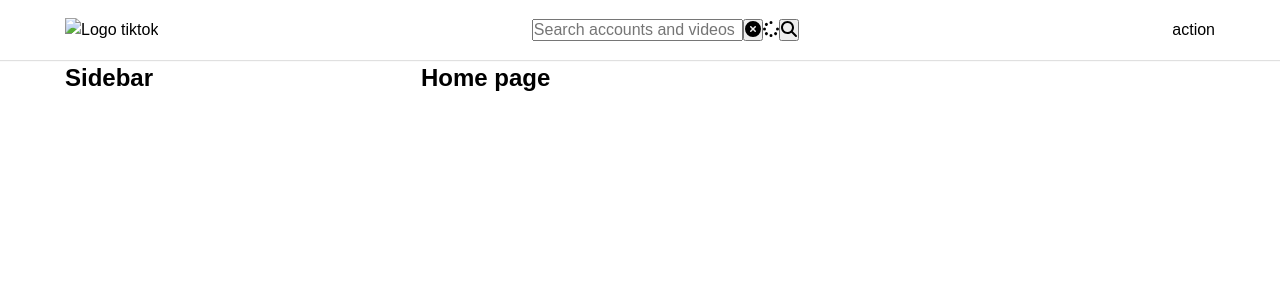
Repository: ChiNg22nd04/tiktok-ui
Page: /
An editor plug-in stored every save of this project. The page is shown before and after a run of saves, followed by the edit.
The browser window is 1280 px wide. The pictures show the whole page.
Some web fonts or font styles are not loaded; a fallback is used. The project was rebuilt for these pictures with package versions that can differ from the ones it lists, and the page was loaded fresh each time. Also part of the build but not shown: src/components/Layout/HeaderOnlyLayout/index.js, src/pages/Following/index.js, src/pages/Profile/index.js, src/pages/Upload/index.js.

Above is the page before, as saved 2024-04-08 16:37:28.

### src/index.js
import React from 'react';
import ReactDOM from 'react-dom/client';
import App from './App';
import GlobalStyles from '~/components/GlobalStyle';
import reportWebVitals from './reportWebVitals';

const root = ReactDOM.createRoot(document.getElementById('root'));
root.render(
    <React.StrictMode>
        <GlobalStyles>
            <App />
        </GlobalStyles>
    </React.StrictMode>,
);

// If you want to start measuring performance in your app, pass a function
// to log results (for example: reportWebVitals(console.log))
// or send to an analytics endpoint. Learn more: https://bit.ly/CRA-vitals
reportWebVitals();

### src/App.js
import { BrowserRouter as Router, RouterProps, Route, Routes } from 'react-router-dom';
// thẻ fragment chỉ để chứa mà k sinh ra thẻ thật ở trong DOM
import { Fragment } from 'react';
import { publicRoutes } from '~/routes';
import { DefaultLayout } from '~/components/Layout';

function App() {
    return (
        <Router>
            <div className="App">
                <Routes>
                    {publicRoutes.map((route, index) => {

                        let Layout = DefaultLayout;
                        if (route.layout) {
                            Layout = route.layout;
                        } else if (route.layout === null) {
                            Layout = Fragment;
                        } else {
                            Layout = DefaultLayout;
                        }

                        const Page = route.component;
                        return (
                            <Route
                                key={index}
                                path={route.path}
                                element={
                                    <Layout>
                                        <Page />
                                    </Layout>
                                }
                            />
                        );
                    })}
                </Routes>
            </div>
        </Router>
    );
}

export default App;

### src/components/GlobalStyle/index.js
import './GlobalStyles.scss'

function GlobalStyles({ children }) {

    return children
}

export default GlobalStyles

### src/routes/index.js
// layouts
import { HeaderOnlyLayout } from '~/components/Layout'

// pages
import Home from '~/pages/Home'
import Following from '~/pages/Following'
import Profile from '~/pages/Profile'
import Upload from '~/pages/Upload'


// không đăng nhập vẫn xem đc
export const publicRoutes = [
    { path: '/', component: Home },
    { path: '/following', component: Following },
    { path: '/profile', component: Profile },
    { path: '/upload', component: Upload, layout: HeaderOnlyLayout },

]

// bắt buộc phải dăng nhập
export const privateRoutes = [

]

### src/components/Layout/index.js
export { default as DefaultLayout } from './DefaultLayout';
export { default as HeaderOnlyLayout } from './HeaderOnlyLayout';

### src/components/GlobalStyle/GlobalStyles.scss
@import 'normalize.css';

// font-family: 'IBM Plex Sans', san-serif;
@import url('https://fonts.googleapis.com/css2?family=IBM+Plex+Sans:ital,wght@0,100;0,400;0,500;0,600;0,700;1,300;1,400&display=swap');

@import url('https://fonts.cdnfonts.com/css/proxima-nova-condensed');

//base
:root {
    --primary: #ff3b5c;
    --default-layout-header-height: 60px;
    --default-layout-width: 1150px;
}

* {
    margin: 0;
    padding: 0;
    box-sizing: border-box;
}

html {
    font-size: 62.5%;
}

body {
    font-family: 'Proxima Nova Condensed', sans-serif;
    font-size: 1.6rem;
    line-height: 1.5;
    text-rendering: optimizeSpeed;
}

### src/pages/Home/index.js
function Home() {
    return (
        <h2>Home page</h2>
    );
}

export default Home;

### src/components/Layout/DefaultLayout/index.js
import Header from '~/components/Layout/components/Header';
import Sidebar from './Sidebar';
import styles from './DefaultLayout.module.scss';
import classNames from 'classnames/bind';

const cx = classNames.bind(styles);

function DefaultLayout({ children }) {
    return (
        <div className={cx('wrapper')}>
            <Header />

            <div className={cx('container')}>
                <Sidebar />

                <div className={cx('content')}>{children}</div>
            </div>
        </div>
    );
}

export default DefaultLayout;

### src/components/Layout/components/Header/index.js
import classNames from 'classnames/bind';
import styles from './Header.module.scss';
import images from '~/assets/images';
import { FontAwesomeIcon } from '@fortawesome/react-fontawesome';
import { faCircleXmark, faSpinner, faMagnifyingGlass } from '@fortawesome/free-solid-svg-icons';


const cx = classNames.bind(styles);

function Header() {
    console.log(cx('wrapper'));
    return (
        <header className={cx('wrapper')}>
            <div className={cx('content')}>
                <div className={cx('logo')}>
                    <img src={images.logo} alt="Logo tiktok" />
                </div>

                <div className={cx('search')}>
                    <input placeholder='Search accounts and videos' spellCheck='false'/>
                    <button className={cx('clear-btn')}>
                        <FontAwesomeIcon icon={faCircleXmark}/>
                    </button>
                    <FontAwesomeIcon className={cx('loading')} icon={faSpinner}/>

                    <button className={cx('search-btn')}>
                    <FontAwesomeIcon icon={faMagnifyingGlass}/>
                    </button>
                </div>

                <div className={cx('action')}>action</div>
            </div>
        </header>
    );
}

export default Header;

### src/components/Layout/DefaultLayout/Sidebar/index.js
import styles from './Sidebar.module.scss';
import classNames from 'classnames/bind';

const cx = classNames.bind(styles);

function Sidebar() {
    return (
        <aside className={cx('wrapper')}>
            <h2>Sidebar</h2>
        </aside>
    );
}

export default Sidebar;

### src/components/Layout/DefaultLayout/DefaultLayout.module.scss
.wrapper {
    display: flex;
    justify-content: center;
    align-items: center;
    flex-direction: column;
}

.container {
    width: var(--default-layout-width);
    display: flex;
}

.content {
    flex: 1;
}

### src/components/Layout/components/Header/Header.module.scss
.wrapper {
    width: 100%;
    height: var(--default-layout-header-height);
    box-shadow: 0px 1px 1px rgb(0 0 0 / 12%);
    display: flex;
    justify-content: center;

}

.content {
    height: 100%;
    width: var(--default-layout-width);
    display: flex;
    align-items: center;
    justify-content: space-between;
}

.logo {

}

.search {

}

.clear {

}

.loading {

}

.search-btn {

}

### src/assets/images/index.js
const images = {
    logo: require('~/assets/images/logo.svg').default,
}

export default images;

Loaded but not shown: public/index.html (common file); src/reportWebVitals.js (common file); src/components/Layout/DefaultLayout/Sidebar/Sidebar.module.scss (common file)

After the next 6 saves:
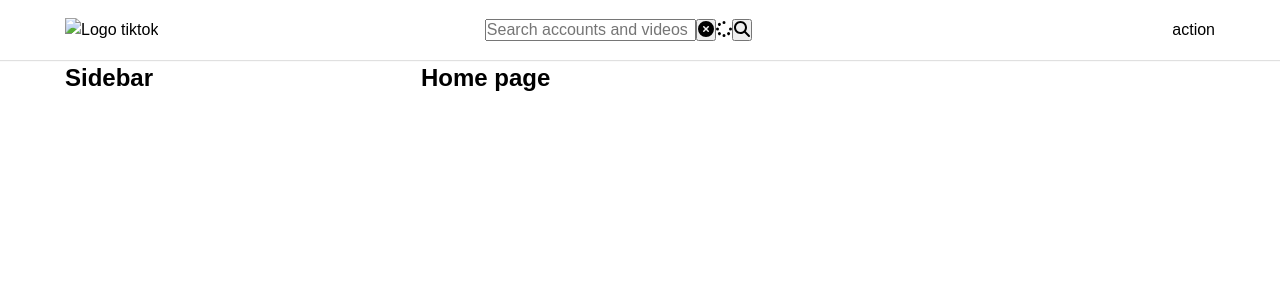
The 6 saves are shown as one change because 3 did not build or start and some came seconds apart.
The last was saved 63 s later.
--- a/src/components/GlobalStyle/GlobalStyles.scss
+++ b/src/components/GlobalStyle/GlobalStyles.scss
@@ -10,6 +10,8 @@
     --primary: #ff3b5c;
     --default-layout-header-height: 60px;
     --default-layout-width: 1150px;
+    --search-width: 361px;
+
 }
 
 * {
--- a/src/components/Layout/components/Header/Header.module.scss
+++ b/src/components/Layout/components/Header/Header.module.scss
@@ -20,6 +20,7 @@
 }
 
 .search {
+    width: var(--search-width);
 
 }
 
